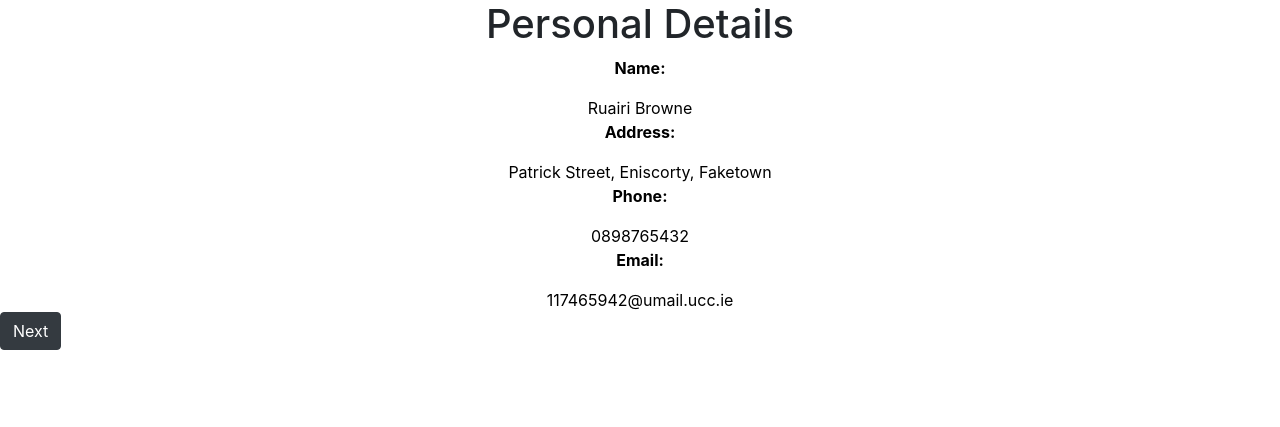
Repository: RuairiBrowne1/is1113117465942
Page: CV/cv_page1.html
The author's editor kept a record of every edit. The page is drawn from the files as they stood at one moment, then again after the next edit.
The browser window is 1280 px wide. The pictures show the whole page.
Some web libraries are served in a nearby version.

Above is the page before.

### CV/cv_page1.html

<!DOCTYPE html>
<html>

   <!-- My tab heading -->
    <head>
        <title>Personal Info</title>
        <link rel="stylesheet" href="../mystylesheet.css" type="text/css" />
        <link href="header.css" rel="stylesheet" type="text/css">

        <!--Adding Bootstrap-->
        <link rel="stylesheet" href="https://maxcdn.bootstrapcdn.com/bootstrap/4.0.0/css/bootstrap.min.css" integrity="sha384-Gn5384xqQ1aoWXA+058RXPxPg6fy4IWvTNh0E263XmFcJlSAwiGgFAW/dAiS6JXm" crossorigin="anonymous">
        <script src="https://code.jquery.com/jquery-3.2.1.slim.min.js" integrity="sha384-KJ3o2DKtIkvYIK3UENzmM7KCkRr/rE9/Qpg6aAZGJwFDMVNA/GpGFF93hXpG5KkN" crossorigin="anonymous"></script>
        <script src="https://cdnjs.cloudflare.com/ajax/libs/popper.js/1.12.9/umd/popper.min.js" integrity="sha384-ApNbgh9B+Y1QKtv3Rn7W3mgPxhU9K/ScQsAP7hUibX39j7fakFPskvXusvfa0b4Q" crossorigin="anonymous"></script>
        <script src="https://maxcdn.bootstrapcdn.com/bootstrap/4.0.0/js/bootstrap.min.js" integrity="sha384-JZR6Spejh4U02d8jOt6vLEHfe/JQGiRRSQQxSfFWpi1MquVdAyjUar5+76PVCmYl" crossorigin="anonymous"></script>
    </head>

    <body>
             <!-- The Page heading -->
             <h1 class="mainheading"> Personal Details</h1>

             <!-- My Personal Details -->




                  <div class="section" id="section3"><p><strong>Name:</strong></p>Ruairi Browne</div>
                  <div class="section" id="section3"><p><strong>Address:</strong></p>Patrick Street, Eniscorty, Faketown</div>
                  <div class="section" id="section3"><p><strong>Phone:</strong></p>0898765432</div>
                  <div class="section" id="section3"><p><strong>Email:</strong></p>117465942@umail.ucc.ie</div>

                  </div>

    <!-- Buttons to navigate the webpage -->
          <a href="cv_page2.html" class="btn btn-dark">Next</a>
            <br>
        <!--    <a href="../homepage.html"><button>Return To Homepage</button></a> -->
    </body>
</html>

### mystylesheet.css
*{
    margin:0;
}


.mainheading{
    text-align: center;
}

#maintext{
    height: 100%;
    margin-top: 10%;
    font-family: helvetica;
    font-size: 65px;
    font-weight: 500;
    color: #E4E4E4;
}

html,body{
    height:100%;
    width:100%;
    background-image: url("");

}


body {
        background-color : purple;
        height:100%;
        width:100%;
}
 h1 {
        color: black;
        text-align: center;

}

#section3 {
    color: black;
        text-align: center;

}

 p {
        color: black;

}
a button {
        color:red;
        border-radius:50%;
        position:absolute;
        top:80%;

}


#nav{
    width: 110%;
    height: 7.5%;
    background-size: cover;
    position: fixed;
    z-index: 2;
}

#nav_wrapper{
    font-family: helvetica;
    font-size: 125%;
    height: 100%;
    width: 110%;
    background: #525252;
    margin-left:-10px;
    margin-right: 10px;
    margin-top: -8px;
    opacity: 0.65;
}

#nav_wrapper ul li {
    margin-right: 2%;
    list-style: none;
    display: inline;
    font-weight: bold;
    padding: 30px;
}

#nav_wrapper a{
    color: white;
    text-decoration: none;

}

#nav_wrapper ul li:hover{
    background: #94D5F1;
    transition:all 1s;
}

marquee {
    position:absolute;
    top:30%;
    color:Black;
}

### header.css
ul{
    height:20%;
    width:100%;
    background:black;
    position:absolute;
}

ul h1{
    position:relative;
    left:10%;
    color:powderblue;

}

ul li{
    list-style:none;
    display:inline;
    position:relative;
    top:10%;
}

ul li a{
    color:white;
    margin:20px;
    text-decoration:none;
}

ul li a:hover{
    background:white;
    color:#29B6F6;
    text-decoration:none;
    padding:2%;
}

marquee {
    position:absolute;
    top:30%;
}

After the next edit:
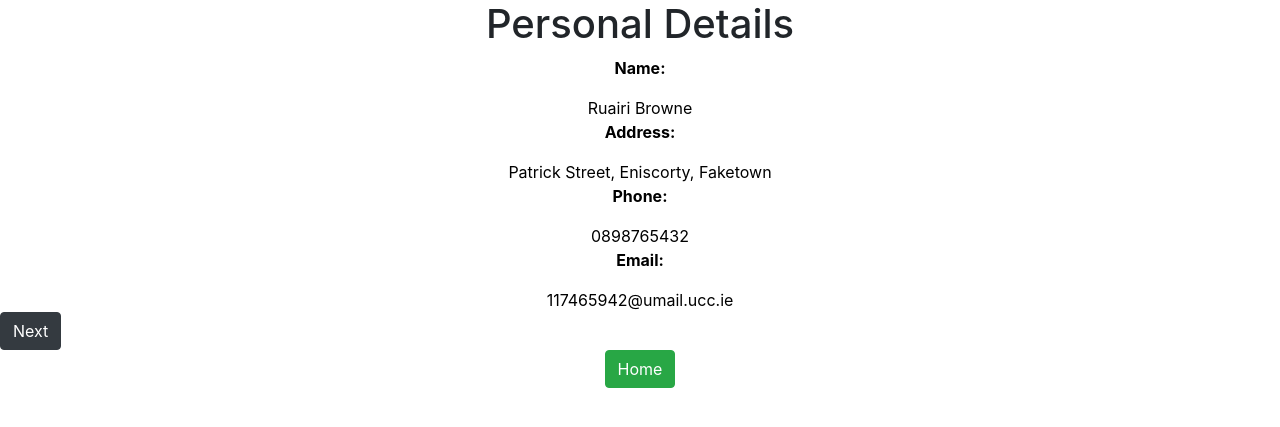
The edit:
--- a/CV/cv_page1.html
+++ b/CV/cv_page1.html
@@ -32,8 +32,9 @@
                   </div>
 
     <!-- Buttons to navigate the webpage -->
-          <a href="cv_page2.html" class="btn btn-dark">Next</a>
-            <br>
+          <a href="cv_page2.html" class="btn btn-dark">Next</a>  <center> <a href="../homepage.html" class="btn btn-success">Home</a> </center>
+
+
         <!--    <a href="../homepage.html"><button>Return To Homepage</button></a> -->
     </body>
 </html>
